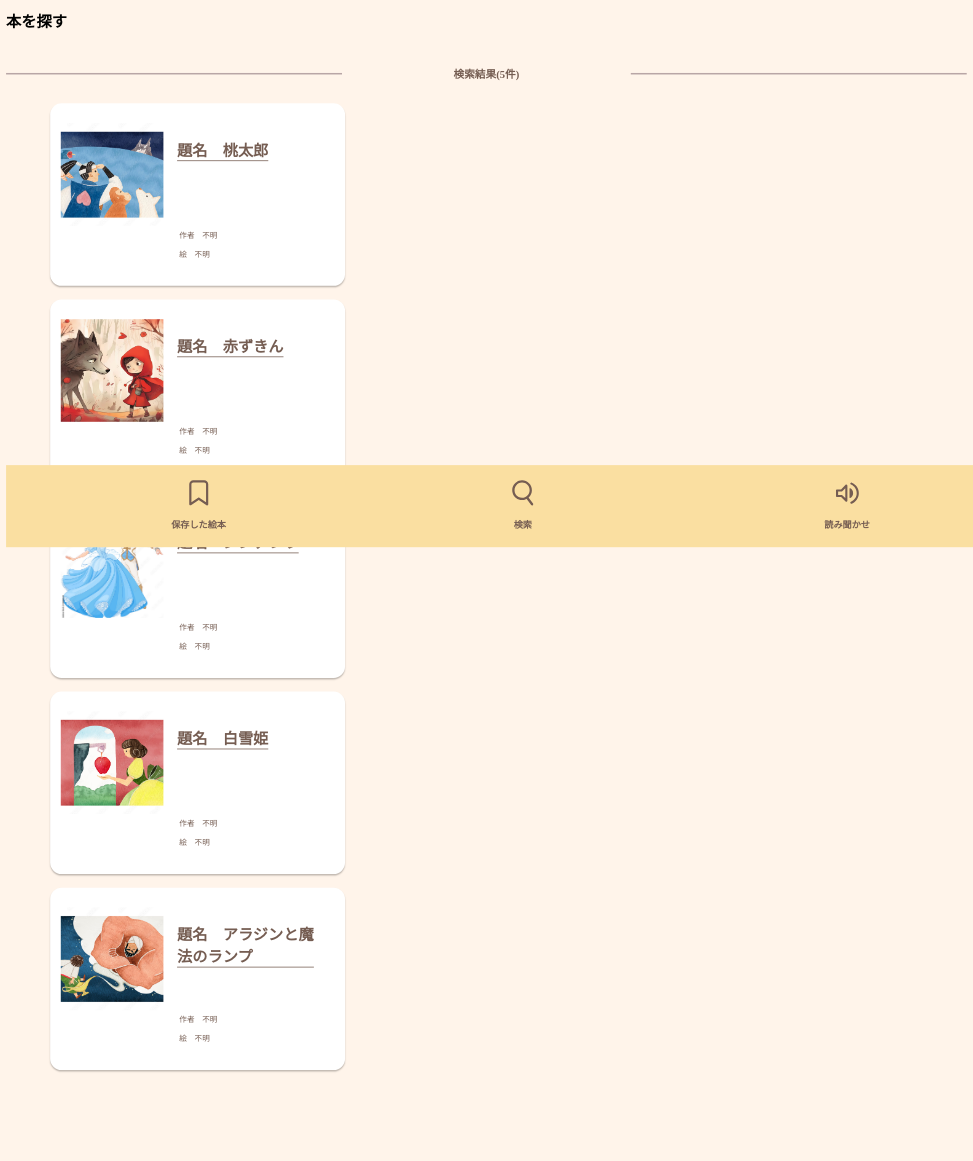
Repository: kmii12/2024-teampj
Page: /result
These files come from the project's save history. The page is drawn as it stood at one moment and after a run of saves; the edit follows.
The browser window is 1280 px wide. The pictures show the whole page, at 76% of full size.
The project was rebuilt for these pictures with package versions that can differ from the ones it lists, and the page was loaded fresh each time. The framework's server and built-in components were replaced by stand-ins that run in the browser. Also part of the build but not shown: next.config.mjs.

Above is the page before, as saved 2024-10-30 00:04:54.

### src/app/result/page.tsx
"use client";

import Link from "next/link";
import styles from "./Result.module.scss";
// import { usePathname } from "next/navigation";

export default function Result() {
  // const pathname = usePathname();

  //ダミーデータ（あとからfirebaseから取得）
  const ResultDatas = [
    {
      id: 1,
      title: "桃太郎",
      writer: "不明",
      illustrator: "不明",
      image: "/img/momotaro.jpeg",
      livingThing: ["人間", "陸の生き物", "空の生き物"],
      mainCharacter: "桃太郎",
      character: [
        "桃太郎",
        "犬",
        "猿",
        "キジ",
        "鬼",
        "おじいさん",
        "おばあさん",
      ],
      genre: "昔話",
      location: "日本",
      hue: "不明",
      atmosphere: "",
      season: "不明",
    },
    {
      id: 2,
      title: "赤ずきん",
      writer: "不明",
      illustrator: "不明",
      image: "/img/littleRedRidingHood.jpeg",
      livingThing: ["人間", "陸の生き物", "空の生き物"],
      mainCharacter: "赤ずきん",
      character: ["赤ずきん", "おばあさん", "オオカミ"],
      hue: "不明",
      atmosphere: ["かわいい", "怖い"],
      genre: "昔話",
      location: "海外",
      season: "不明",
    },
    {
      id: 3,
      title: "シンデレラ",
      writer: "不明",
      illustrator: "不明",
      image: "/img/cinderella.jpeg",
      livingThing: "人間",
      mainCharacter: "シンデレラ",
      character: ["シンデレラ", "王子", "魔法使い"],
      genre: "昔話",
      location: "海外",
      hue: "不明",
      atmosphere: "",
      season: "不明",
    },
    {
      id: 4,
      title: "白雪姫",
      writer: "不明",
      illustrator: "不明",
      image: "/img/snowWhite.jpeg",
      livingThing: ["人間", "陸の生き物"],
      mainCharacter: "白雪姫",
      character: ["白雪姫", "王子", "魔女", "小人"],
      genre: "昔話",
      location: "海外",
      hue: "不明",
      atmosphere: "",
      season: "不明",
    },
    {
      id: 5,
      title: "アラジンと魔法のランプ",
      writer: "不明",
      illustrator: "不明",
      image: "/img/aladdin.jpeg",
      livingThing: ["人間", "陸の生き物"],
      mainCharacter: "アラジン",
      character: ["アラジン", "ジーニー", "王女", "魔法使い", "盗賊"],
      genre: "昔話",
      location: "海外",
      hue: "不明",
      atmosphere: "",
      season: "不明",
    },
  ];
  return (
    <>
      <h1>本を探す</h1>

      <div className={styles.resultContainer}>
        <h2 className={styles.resultTitle}>検索結果({ResultDatas.length}件)</h2>
        <ul className={styles.resultList}>
          <div className={styles.resultItemWrap}>
            {ResultDatas.map((result) => (
              <li key={result.id} className={styles.resultItem}>
                <Link href={`/result/resultDetail/${result.id}`}>
                  <div className={styles.resultItemWrap}>
                    <div className={styles.itemImageWrap}>
                      <img
                        src={result.image}
                        alt={result.title}
                        className={styles.image}
                      />
                    </div>
                    <div className={styles.itemDescriptionWrap}>
                      <h3 className="title">題名　{result.title}</h3>
                      <div className={styles.fixedBottom}>
                        <p className="writer">作者　{result.writer}</p>
                        <p className="illustrator">絵　{result.illustrator}</p>
                      </div>
                    </div>
                  </div>
                </Link>
              </li>
            ))}
          </div>
        </ul>
      </div>
    </>
  );
}

### src/app/globals.css
html {
  font-size: 62.5%;
}

body {
  font-family: "Zen Maru Gothic", serif;
  background-color: #fff4ea;
}

a {
  color: inherit;
  text-decoration: none;
}

li {
  list-style-type: none;
}

### src/app/components/Footer.tsx
"use client";

import Link from "next/link";
import styles from "./Footer.module.scss";
import { usePathname } from "next/navigation";

export default function Footer() {
  const pathname = usePathname();

  return (
    <footer className={styles.footer}>
      <nav>
        <ul>
          <li>
            <Link
              href="/saved"
              className={pathname === "/saved" ? styles.active : ""}
            >
              <svg
                xmlns="http://www.w3.org/2000/svg"
                width="40"
                height="40"
                viewBox="0 0 40 40"
                fill="none"
              >
                <path
                  d="M31.5577 36C31.2643 35.9944 30.9782 35.9096 30.7308 35.7549L20.5 28.7589L10.2692 35.7549C10.0433 35.8898 9.78379 35.9611 9.51923 35.9611C9.25467 35.9611 8.99521 35.8898 8.76923 35.7549C8.54791 35.643 8.3604 35.4762 8.22542 35.271C8.09043 35.0658 8.01271 34.8295 8 34.5857V8.18571C8 6.81038 8.55718 5.49137 9.54895 4.51886C10.5407 3.54635 11.8859 3 13.2885 3H27.7115C29.1141 3 30.4593 3.54635 31.451 4.51886C32.4428 5.49137 33 6.81038 33 8.18571V34.5857C33.001 34.8425 32.9297 35.0945 32.7939 35.3141C32.6582 35.5337 32.4633 35.7123 32.2308 35.8303C32.0245 35.9413 31.793 35.9996 31.5577 36ZM20.5 25.6286C20.7947 25.6255 21.0833 25.7111 21.3269 25.8737L30.1154 31.8703V8.18571C30.1154 7.56056 29.8621 6.96101 29.4113 6.51896C28.9605 6.07691 28.3491 5.82857 27.7115 5.82857H13.2885C12.6509 5.82857 12.0395 6.07691 11.5887 6.51896C11.1379 6.96101 10.8846 7.56056 10.8846 8.18571V31.8703L19.6731 25.8737C19.9167 25.7111 20.2053 25.6255 20.5 25.6286Z"
                  fill={pathname === "/saved" ? "#c96868" : "#755D52"}
                />
              </svg>
              <p
                style={{
                  color: pathname === "/saved" ? "#c96868" : "#755D52",
                }}
              >
                保存した絵本
              </p>
            </Link>
          </li>
          <li>
            <Link href="/" className={pathname === "/" ? styles.active : ""}>
              <svg
                xmlns="http://www.w3.org/2000/svg"
                width="40"
                height="40"
                viewBox="0 0 40 40"
                fill="none"
              >
                <path
                  fillRule="evenodd"
                  clipRule="evenodd"
                  d="M18.9346 25.8692C24.4214 25.8692 28.8692 21.4214 28.8692 15.9346C28.8692 10.4479 24.4214 6 18.9346 6C13.4479 6 9 10.4479 9 15.9346C9 21.4214 13.4479 25.8692 18.9346 25.8692ZM18.9346 28.8692C26.0782 28.8692 31.8692 23.0782 31.8692 15.9346C31.8692 8.79103 26.0782 3 18.9346 3C11.791 3 6 8.79103 6 15.9346C6 23.0782 11.791 28.8692 18.9346 28.8692Z"
                  fill={pathname === "/" ? "#c96868" : "#755D52"}
                />
                <path
                  fillRule="evenodd"
                  clipRule="evenodd"
                  d="M33.0447 35.7533C32.3807 36.2486 31.4408 36.1119 30.9455 35.4479L25.0052 27.4848C24.5099 26.8208 24.6466 25.881 25.3106 25.3856C25.9746 24.8903 26.9145 25.027 27.4098 25.691L33.3501 33.6541C33.8455 34.3181 33.7087 35.2579 33.0447 35.7533Z"
                  fill={pathname === "/" ? "#c96868" : "#755D52"}
                />
              </svg>
              <p
                style={{
                  color: pathname === "/" ? "#c96868" : "#755D52",
                }}
              >
                検索
              </p>
            </Link>
          </li>
          <li>
            <Link
              href="/read"
              className={pathname === "/read" ? styles.active : ""}
            >
              <svg
                xmlns="http://www.w3.org/2000/svg"
                width="40"
                height="40"
                viewBox="0 0 40 40"
                fill="none"
              >
                <path
                  d="M32.2221 19.8994C32.2221 17.3902 31.5324 15.124 30.1529 13.1006C28.7732 11.0776 26.9538 9.59382 24.6946 8.64937C24.3335 8.49187 24.0742 8.24423 23.9167 7.90646C23.7592 7.5684 23.7499 7.22812 23.8888 6.88562C24.0371 6.51507 24.2987 6.25576 24.6737 6.10771C25.0487 5.95965 25.4307 5.96424 25.8196 6.12146C28.5879 7.27896 30.8101 9.10076 32.4862 11.5869C34.1621 14.073 35 16.8438 35 19.8994C35 22.9549 34.1621 25.7258 32.4862 28.2119C30.8101 30.698 28.5879 32.5198 25.8196 33.6773C25.4307 33.8345 25.0487 33.8391 24.6737 33.691C24.2987 33.543 24.0371 33.2837 23.8888 32.9131C23.7499 32.5706 23.7592 32.2303 23.9167 31.8923C24.0742 31.5545 24.3335 31.3069 24.6946 31.1494C26.9538 30.2049 28.7732 28.7212 30.1529 26.6981C31.5324 24.6748 32.2221 22.4085 32.2221 19.8994ZM11.6667 24.941H6.38875C5.99069 24.941 5.65972 24.8091 5.39583 24.5452C5.13194 24.2813 5 23.9503 5 23.5523V16.3298C5 15.9317 5.13194 15.6008 5.39583 15.3369C5.65972 15.073 5.99069 14.941 6.38875 14.941H11.6667L17.6388 8.96896C18.074 8.53368 18.5764 8.4341 19.1458 8.67021C19.7153 8.90632 20 9.33451 20 9.95479V29.9273C20 30.5476 19.7153 30.9758 19.1458 31.2119C18.5764 31.448 18.074 31.3484 17.6388 30.9131L11.6667 24.941ZM27.5 19.941C27.5 21.293 27.1713 22.5315 26.5138 23.6565C25.8565 24.7815 24.9492 25.6587 23.7917 26.2881C23.5508 26.4178 23.3217 26.4109 23.1042 26.2673C22.8867 26.124 22.7779 25.9226 22.7779 25.6631V14.1631C22.7779 13.904 22.8867 13.7026 23.1042 13.559C23.3217 13.4156 23.5508 13.4087 23.7917 13.5381C24.9492 14.177 25.8565 15.0706 26.5138 16.219C27.1713 17.367 27.5 18.6077 27.5 19.941ZM17.2221 13.5244L12.8887 17.719H7.77792V22.1631H12.8887L17.2221 26.3856V13.5244Z"
                  fill={pathname === "/read" ? "#c96868" : "#755D52"}
                />
              </svg>
              <p
                style={{
                  color: pathname === "/read" ? "#c96868" : "#755D52",
                }}
              >
                読み聞かせ
              </p>
            </Link>
          </li>
        </ul>
      </nav>
    </footer>
  );
}

### src/app/result/Result.module.scss
@import "../styles/variables.scss";

.resultContainer {
  color: $text;
  margin: 44px 0 120px 0; //resultPage全ての上下の余白
  // border: 1px solid #000;

  .resultTitle {
    //検索結果
    position: relative;
    text-align: center;
    font-size: 1.4em;
    margin-bottom: 30px;
    &::before,
    &::after {
      content: "";
      position: absolute;
      top: 50%;
      width: 35%;
      height: 1.5px;
      background-color: #b9a6a6;
    }
    &::before {
      left: 0;
    }
    &::after {
      right: 0;
    }
  }
  h3 {
    //本の題名
    font-size: 2em;
    border-bottom: 1.5px solid $text;
    width: fit-content;
  }

  .resultItem {
    //li
    padding: 26px 14px;
    margin: 18px;
    width: 360px;
    height: 188px;
    background-color: #fff; //一旦
    border-radius: 15px;
    box-shadow: 0px 2px 2px rgba($color: #000000, $alpha: 0.25);
    position: relative;

    .resultItemWrap {
      //Flexで画像と説明を横並びにするためのWrap
      display: flex;
      gap: 18px;
    }
    .itemImageWrap {
      width: 135px;
      height: 135px;
      display: flex;
      // align-items: center;
      // justify-content: center;

      .image {
        width: 100%;
        height: auto;

        object-fit: cover;
      }
    }
    .itemDescriptionWrap {
      width: 180px;
      .fixedBottom {
        position: absolute;
        bottom: 25px;
        left: 170px;
      }
    }
  }
}

### src/app/components/Footer.module.scss
@import "../styles/variables.scss";

.footer {
  width: 100%;
  height: 14dvh;
  padding-top: 1dvh;
  background-color: $main;
  position: fixed;
  bottom: 0;
  nav {
    width: inherit;
    height: inherit;
    ul {
      width: inherit;
      height: auto;
      display: flex;
      justify-content: space-around;
      align-items: center;
      li {
        width: calc(100% / 3);
        a {
          display: flex;
          flex-direction: column;
          justify-content: center;
          align-items: center;
          p {
            font-weight: 700;
            font-size: 1.2rem;
          }
        }
      }
    }
  }
}

### src/app/styles/variables.scss
// sassでカラーを使用するとき用

// 使用するファイルで最初に下記を記述
// コンポーネント用 → @import "../styles/variables.scss";
// ページ用 → @import "./styles/variables.scss";

$base: #fff4ea;
$main: #fadfa1;
$sub: #c96868;
$accent: #7eacb5;
$text: #755d52;
$main_pale: #fbe8bb;

### src/app/components/SearchBar.tsx
import { useState } from "react";
import styles from "./SearchBar.module.scss";

export default function SearchBar() {
  const [searchText, setSearchText] = useState("");

  const clearBtn = () => {
    setSearchText("");
  };

  return (
    <div className={styles.searchBarWrap}>
      <input
        type="text"
        size={25}
        className={styles.searchBar}
        placeholder="キーワードを入れてください"
        value={searchText}
        onChange={(e) => setSearchText(e.target.value)}
      />
      {searchText && (
        <button onClick={clearBtn} className={styles.clearBtn}>
          <svg
            xmlns="http://www.w3.org/2000/svg"
            width="24"
            height="24"
            viewBox="0 0 24 24"
            fill="none"
          >
            <mask
              id="mask0_488_382"
              style={{ maskType: "alpha" }}
              maskUnits="userSpaceOnUse"
              x="0"
              y="0"
              width="24"
              height="24"
            >
              <rect width="24" height="24" fill="#D9D9D9" />
            </mask>
            <g mask="url(#mask0_488_382)">
              <path
                d="M11.9998 13.4L7.0998 18.3C6.91647 18.4833 6.68314 18.575 6.3998 18.575C6.11647 18.575 5.88314 18.4833 5.6998 18.3C5.51647 18.1167 5.4248 17.8833 5.4248 17.6C5.4248 17.3167 5.51647 17.0833 5.6998 16.9L10.5998 12L5.6998 7.09999C5.51647 6.91665 5.4248 6.68332 5.4248 6.39999C5.4248 6.11665 5.51647 5.88332 5.6998 5.69999C5.88314 5.51665 6.11647 5.42499 6.3998 5.42499C6.68314 5.42499 6.91647 5.51665 7.0998 5.69999L11.9998 10.6L16.8998 5.69999C17.0831 5.51665 17.3165 5.42499 17.5998 5.42499C17.8831 5.42499 18.1165 5.51665 18.2998 5.69999C18.4831 5.88332 18.5748 6.11665 18.5748 6.39999C18.5748 6.68332 18.4831 6.91665 18.2998 7.09999L13.3998 12L18.2998 16.9C18.4831 17.0833 18.5748 17.3167 18.5748 17.6C18.5748 17.8833 18.4831 18.1167 18.2998 18.3C18.1165 18.4833 17.8831 18.575 17.5998 18.575C17.3165 18.575 17.0831 18.4833 16.8998 18.3L11.9998 13.4Z"
                fill="#AC8D7E"
              />
            </g>
          </svg>
        </button>
      )}
    </div>
  );
}

### src/app/components/SearchBar.module.scss
@import "../styles/variables.scss";

.searchBarWrap {
  width: 100%;
  display: flex;
  justify-content: center;
  align-items: center;
  margin-bottom: 2.4rem;
  position: relative;
  .searchBar {
    width: 100%;
    font-size: 1.6rem;
    background-color: $main;
    padding: 0.8rem 4rem 0.8rem 0.8rem;
    border-radius: 10px;
    box-shadow: 0px 2px 2px 0px $text inset;
    color: $text;
    &::placeholder {
      color: $text;
    }
  }
  .clearBtn {
    position: absolute;
    top: 50%;
    right: 1.6rem;
    transform: translateY(-50%);
    display: flex;
    justify-content: center;
    align-items: center;
  }
}

Loaded but not shown: src/app/layout.tsx (common file)

After the next 3 saves:
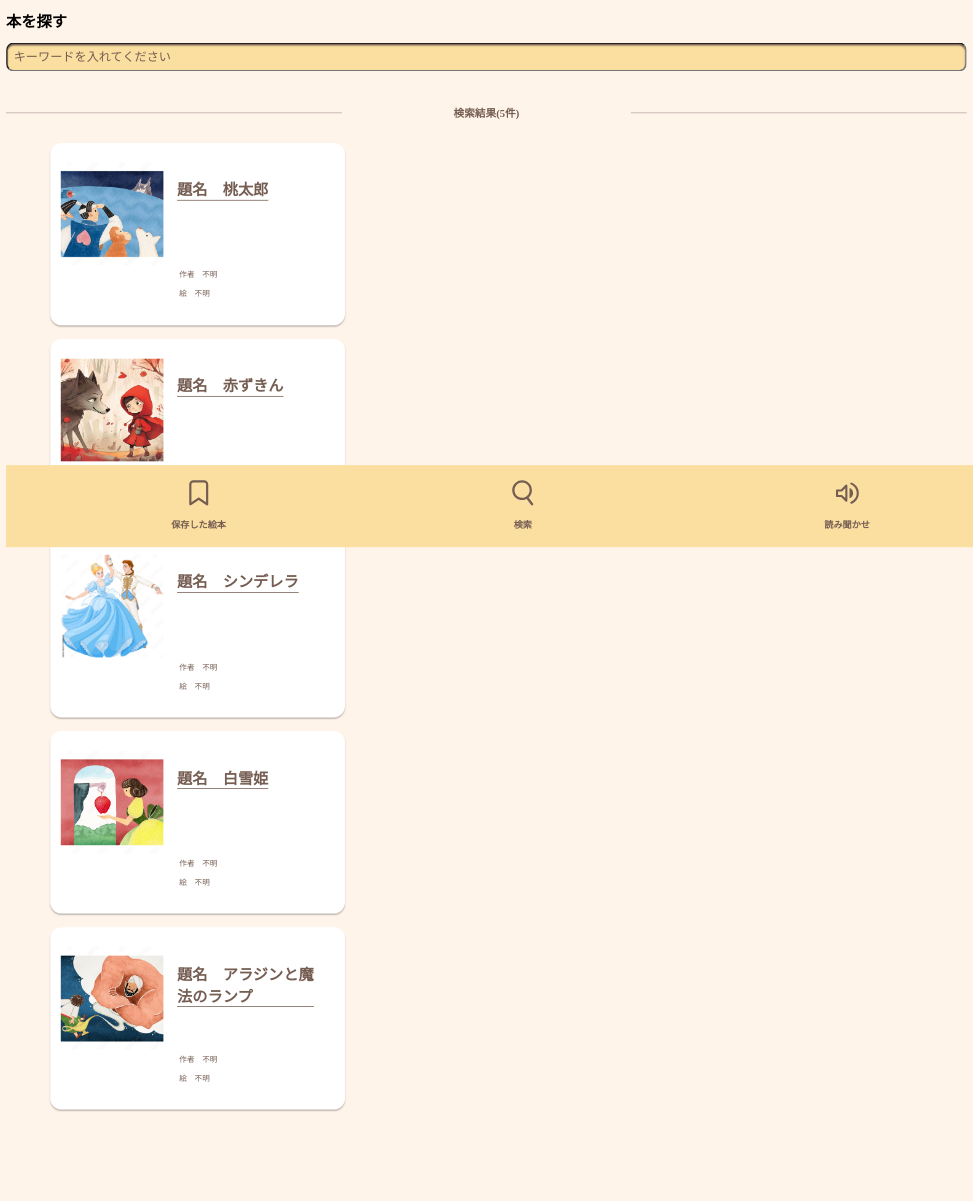
The 3 saves are shown as one change because 2 did not build or start.
The last was saved 9 min 48 s later.
--- a/src/app/result/page.tsx
+++ b/src/app/result/page.tsx
@@ -3,6 +3,7 @@
 import Link from "next/link";
 import styles from "./Result.module.scss";
 // import { usePathname } from "next/navigation";
+import SearchBar from "@/components/SearchBar";
 
 export default function Result() {
   // const pathname = usePathname();
@@ -96,6 +97,7 @@ export default function Result() {
   return (
     <>
       <h1>本を探す</h1>
+      <SearchBar />
 
       <div className={styles.resultContainer}>
         <h2 className={styles.resultTitle}>検索結果({ResultDatas.length}件)</h2>
